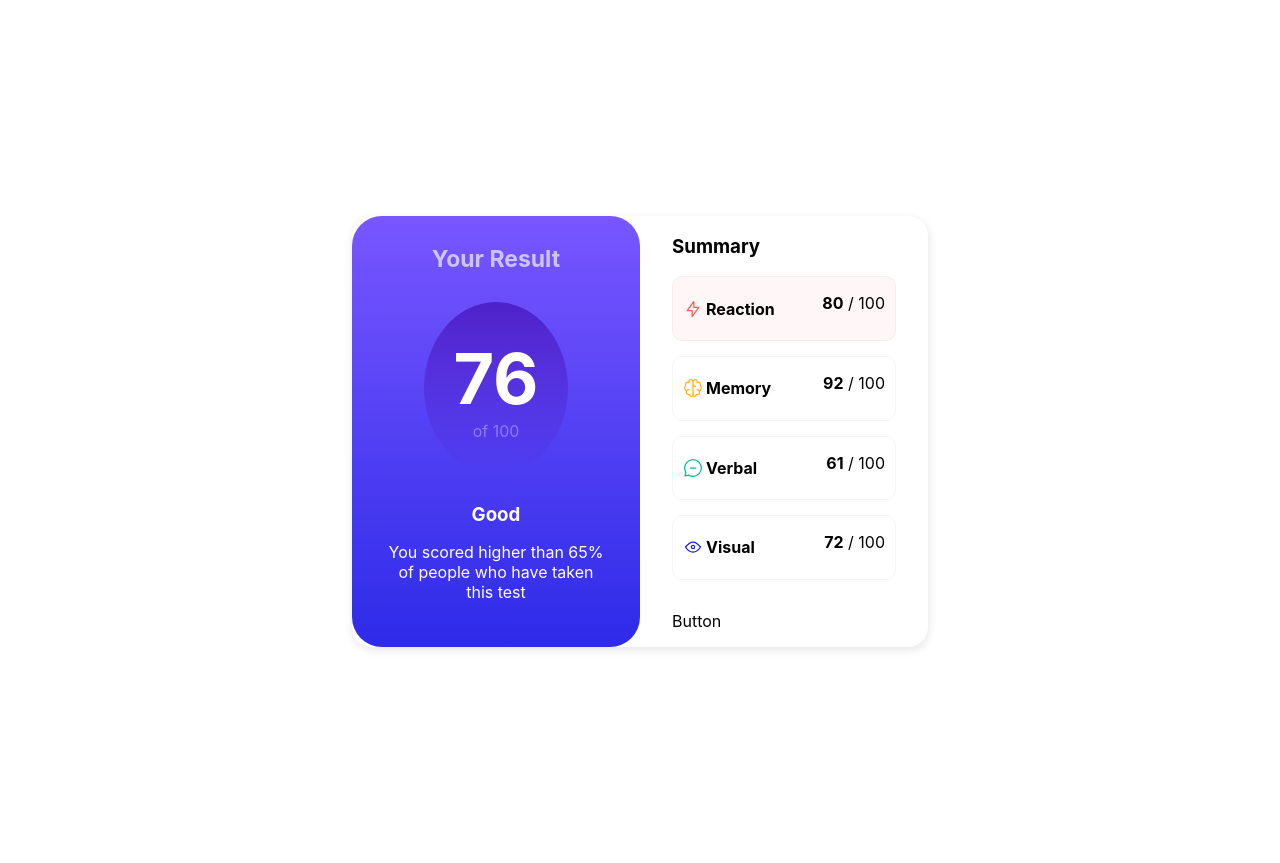
Repository: JeanPaulBassil/Result-Summary-Design
Page: /
These files come from the project's save history. The page is drawn as it stood at one moment and after the next save; the edit follows.
The browser window is 1280 px wide. The pictures show the whole page.
The project was rebuilt for these pictures with package versions that can differ from the ones it lists, and the page was loaded fresh each time.

Above is the page before, as saved 2023-02-24 17:45:19.

### src/index.css
body {
  margin: 0;
  font-family: -apple-system, BlinkMacSystemFont, 'Segoe UI', 'Roboto', 'Oxygen',
    'Ubuntu', 'Cantarell', 'Fira Sans', 'Droid Sans', 'Helvetica Neue',
    sans-serif;
  -webkit-font-smoothing: antialiased;
  -moz-osx-font-smoothing: grayscale;
}

code {
  font-family: source-code-pro, Menlo, Monaco, Consolas, 'Courier New',
    monospace;
}

.app{
  width: 45vw;
  height: 50vh;
  box-shadow: 1px 3px 10px rgba(0, 0, 0, .1);
  border-radius: 20px;
  display: block;
  margin: 30vh auto;
  display: grid;
  grid-template-columns: 1fr 1fr;
  height: auto;
}

### src/App.js
import Result from "./Components/Result/Result"
import Summary from "./Components/Summary/Summary"

export default function App() {
    return (
        <div className="app">
            <Result />
            <Summary />
        </div>
    )
};

### src/Components/Result/Result.js
import Description from "../Description/Description";
import Grade from "../Grade/Grade";
import data from "../../data.json";
import "./Result.css"

export default function Result() {
    const score = Math.floor(data.reduce((totalGrade, category) => totalGrade + category.score , 0) / data.length)

    return (
        <div className="result">
            <h3>Your Result</h3>
            <Grade score={score}/>
            <Description score={score}/>
        </div>
    )
};

### src/Components/Summary/Summary.js
import data from "../../data.json"
import './Summary.css'

export default function Summary() {
    const summary = data.map(part => {
        return (
            <div className={`part ${part.color}`}>
                <div>
                    <img className="icon" src={part.icon} alt={part.category}/>
                    <h4>{part.category}</h4>
                </div>
                <p><b>{part.score}</b> / 100</p>
            </div>
        )
    })

    return (
        <div className="summary">
            <h3>Summary</h3>
            <div>
                {summary}
            </div>
            <p>Button</p>
        </div>
    )
};

### src/Components/Description/Description.js
import "./Description.css"

export default function Description({score}) {
    const performance = _ => {
        if (score >= 90) return ['Excellent', `You scored higher than 85% of people who have taken this test`]
        else if (score >= 80) return ['Great', `You scored higher than 75% of people who have taken this test`]
        else if (score >= 70) return ['Good', `You scored higher than 65% of people who have taken this test`]
        else if (score >= 60) return ['Not enough', `You're above nearly half the people who have taken this test`]
        else return ['Fail', `Most people who have taken this test passed over you`]
    }

    return (
        <div className="description">
            <h3>{performance()[0]}</h3>
            <p>{performance()[1]}</p>
        </div>
    )
};

### src/Components/Grade/Grade.js
import "./Grade.css"

export default function Grade({score}) {
    return (
        <div className="grade">
            <h1>{score}</h1>
            <p>of 100</p>
        </div>
    )
};

### src/data.json


[
  {
    "category": "Reaction",
    "score": 80,
    "icon": "./assets/images/icon-reaction.svg",
    "color": "red"
  },
  {
    "category": "Memory",
    "score": 92,
    "icon": "./assets/images/icon-memory.svg",
    "color": "yellow"
  },
  {
    "category": "Verbal",
    "score": 61,
    "icon": "./assets/images/icon-verbal.svg",
    "color": "green"
  },
  {
    "category": "Visual",
    "score": 72,
    "icon": "./assets/images/icon-visual.svg",
    "color": "blue"
  }
]

### src/Components/Result/Result.css
.result {
    display: grid;
    grid-template-rows: 1fr 2fr 2fr;
    align-items: center;
    justify-items: center;
    height: 100%;
    width: 100%;
    background-image: linear-gradient(to bottom,hsl(252, 100%, 67%), hsl(241, 81%, 54%));
    border-radius: 30px;
    color: white;
}

.result > h3 {
    font-size: 23px;
    color: #cbc4ff;
}

### src/Components/Summary/Summary.css
.part {
    display: flex;
    justify-content: space-between;
    border: 1px solid rgba(0, 0, 0, .04);
    margin-bottom: 15px;
    border-radius: 10px;
    padding: 0 10px;
}

.icon {
    margin-right: 3px
}

.summary {
    padding: 0 2rem;
    display: flex;
    flex-direction: column;
    justify-content: center;
}

.summary > h3 {
    align-self: flex-start;
}

.part > div {
    display: flex;
    align-items: center;
    justify-content: center;
}

.red {
    background-color: rgba(255, 0, 0, 0.03);
}
.red > h4 {
    margin: 0;
    color: red;
}

### src/Components/Description/Description.css
.description {
    display: flex;
    flex-direction: column;
    align-items: center;
    justify-content: center;
}

.description > p{
    inline-size: 220px;
    text-align: center;
}

.description > h3 {
    margin: 0;
}

### src/Components/Grade/Grade.css
.grade {
    display: flex;
    flex-direction: column;
    justify-content: center;
    align-items: center;
    background-image: linear-gradient(to bottom, hsla(256, 72%, 46%, 1), hsla(241, 72%, 46%, 0));
    border-radius: 50%;
    inline-size: 50%;
    block-size: 100%;
}

.grade > h1 {
    margin: 0;
    font-size: 70px;
}

.grade > p {
    margin: 0;
    color: #8a7cff;
}

Loaded but not shown: public/index.html (common file); src/index.js (common file)

After the next save:
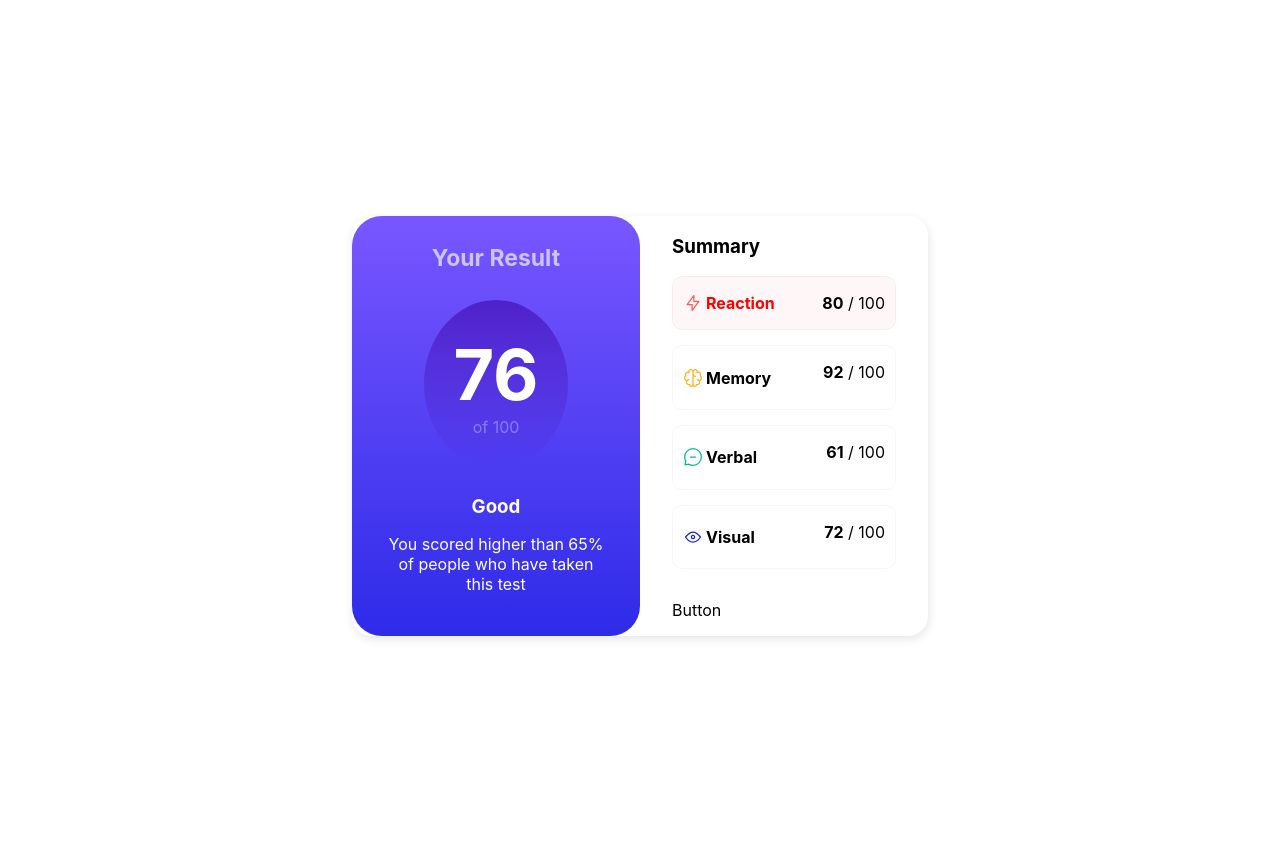
Saved 21 s later.
--- a/src/Components/Summary/Summary.css
+++ b/src/Components/Summary/Summary.css
@@ -31,7 +31,7 @@
 .red {
     background-color: rgba(255, 0, 0, 0.03);
 }
-.red > h4 {
+.red > div > h4 {
     margin: 0;
     color: red;
 }
